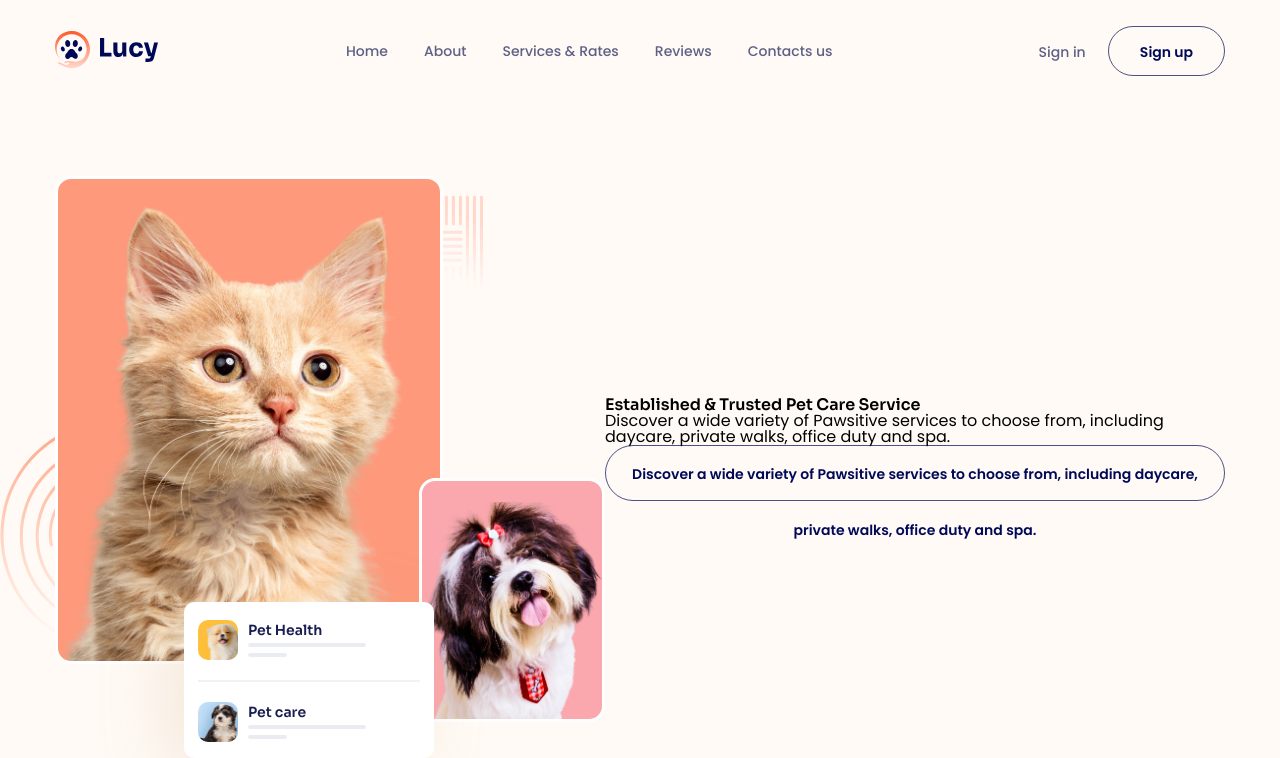
Repository: empty24062002/f8-project-05
Page: index.html
The author's editor kept a copy of each file at every save. The page is drawn from the files as they stood at one save, then again after the next save.
The browser window is 1280 px wide. The pictures show the whole page.

Above is the page before, as saved 2023-09-09 18:10:50.

After the next save:
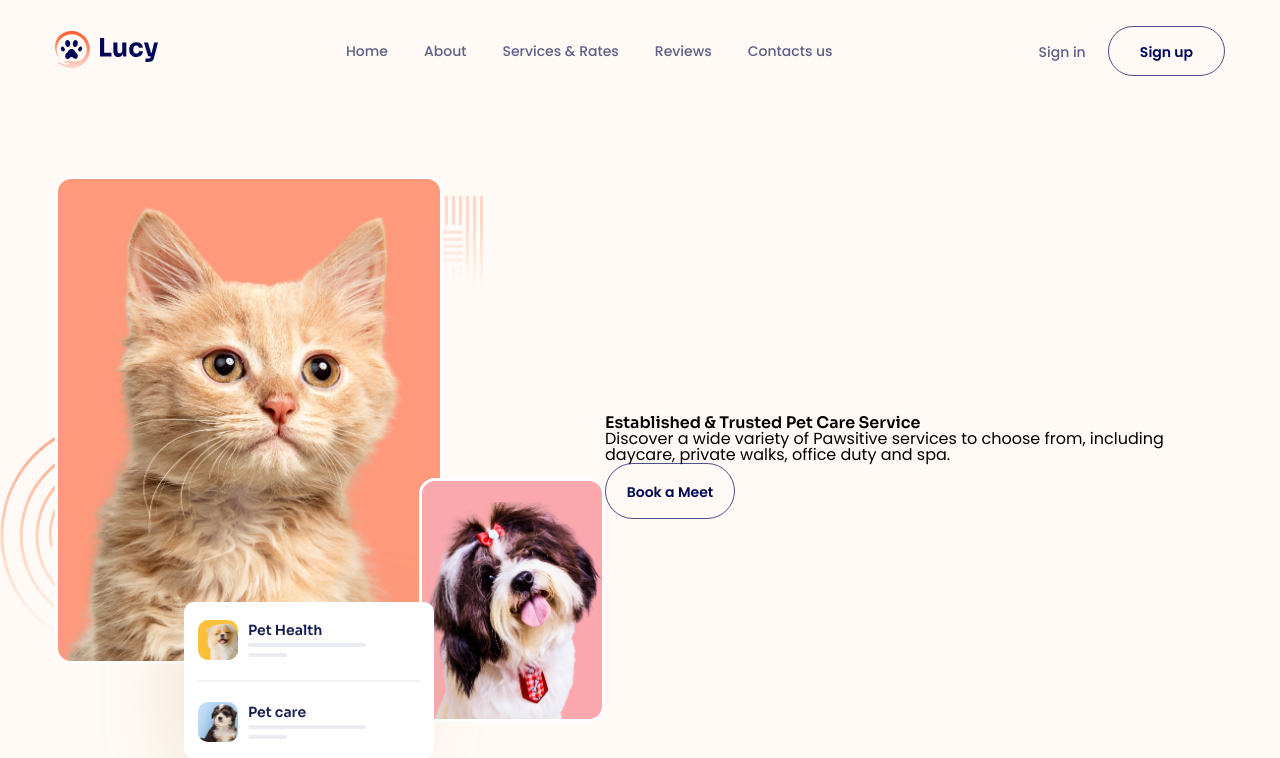
Saved 9 s later.
--- a/index.html
+++ b/index.html
@@ -223,11 +223,7 @@
                             office duty and spa.
                         </p>
                         <div class="hero__row">
-                            <a href="#!" class="btn"
-                                >Discover a wide variety of Pawsitive services
-                                to choose from, including daycare, private
-                                walks, office duty and spa.</a
-                            >
+                            <a href="#!" class="btn">Book a Meet</a>
                         </div>
                     </section>
                 </div>
